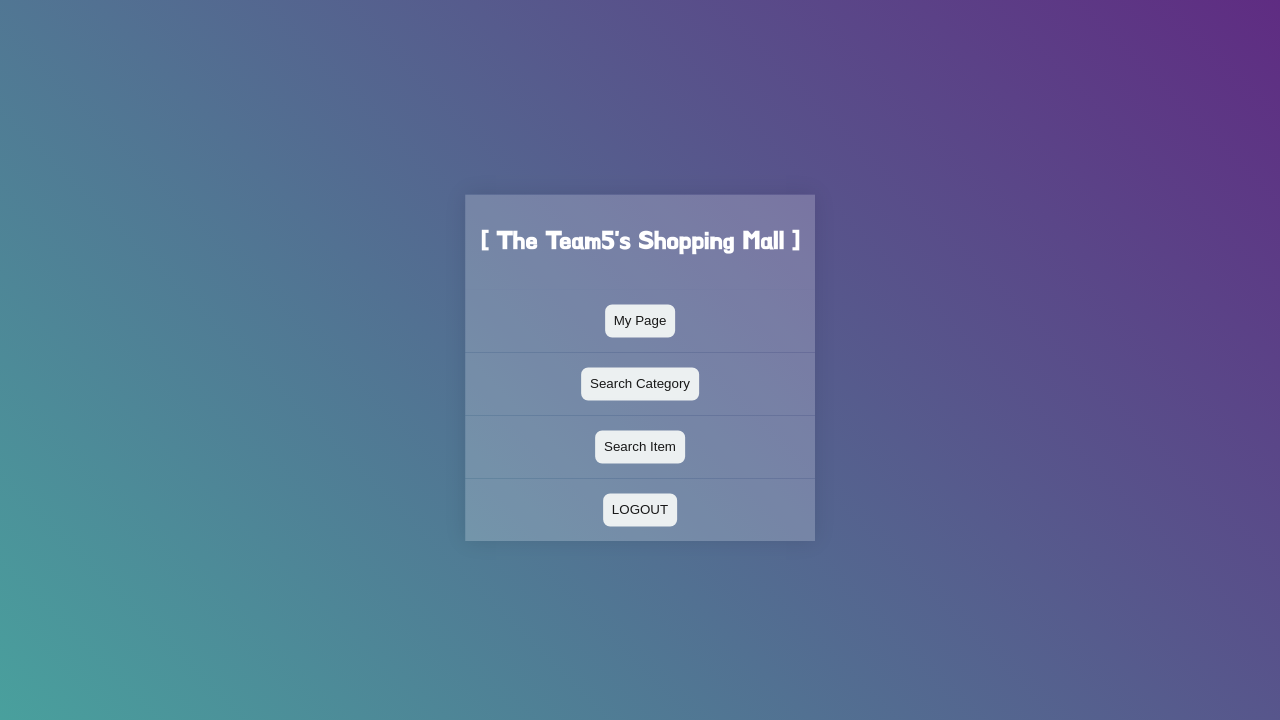
Repository: MIR013/KNU_DB_Project_Team5
Page: http://localhost/Databaase/main_page.jsp
The author's editor kept a copy of each file at every save. The page is drawn from the files as they stood at one save, then again after the next save.
The browser window is 1280 px wide. The pictures show the whole page.
The page is served by Tomcat 9. Nobody is signed in. The application's start-up code is not run. Queries for data that is not in the repository find no rows.

Above is the page before, as saved 2018-11-22 11:12:08.

After the next save:
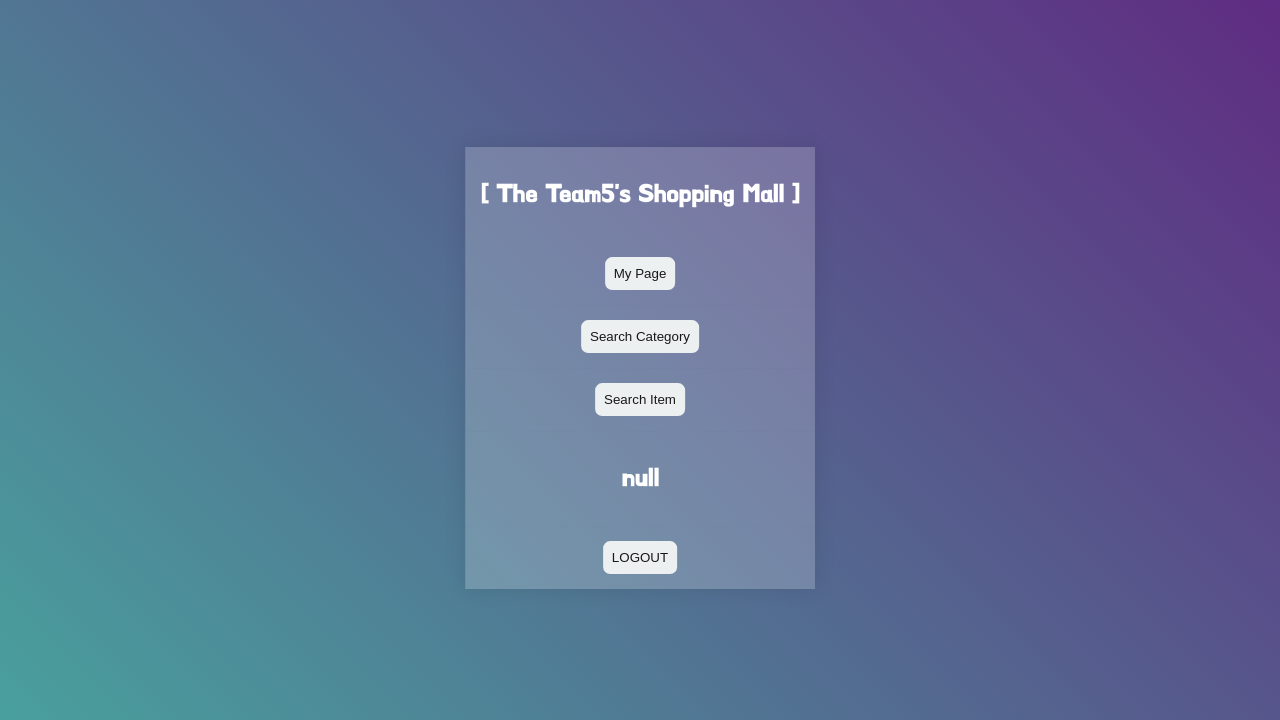
Saved 16 s later.
--- a/dbphase/Databaase/WebContent/main_page.jsp
+++ b/dbphase/Databaase/WebContent/main_page.jsp
@@ -55,6 +55,7 @@ conn.setAutoCommit(false);
 	while(rs.next()){
 		t = rs.getString(1);
 	}
+	out.print("<tr><td><h2>"+t+"</h2></td></tr>");
 	if(t != null && t.equals("4")){
 		out.print("<tr><td><h2>"+t+"</h2></td></tr>");
 		String nextpage = "<tr><td><input type=\"button\" value=\"Admin Page\" onclick=\"location.href='admin_page.html'\"/></td></tr>";
